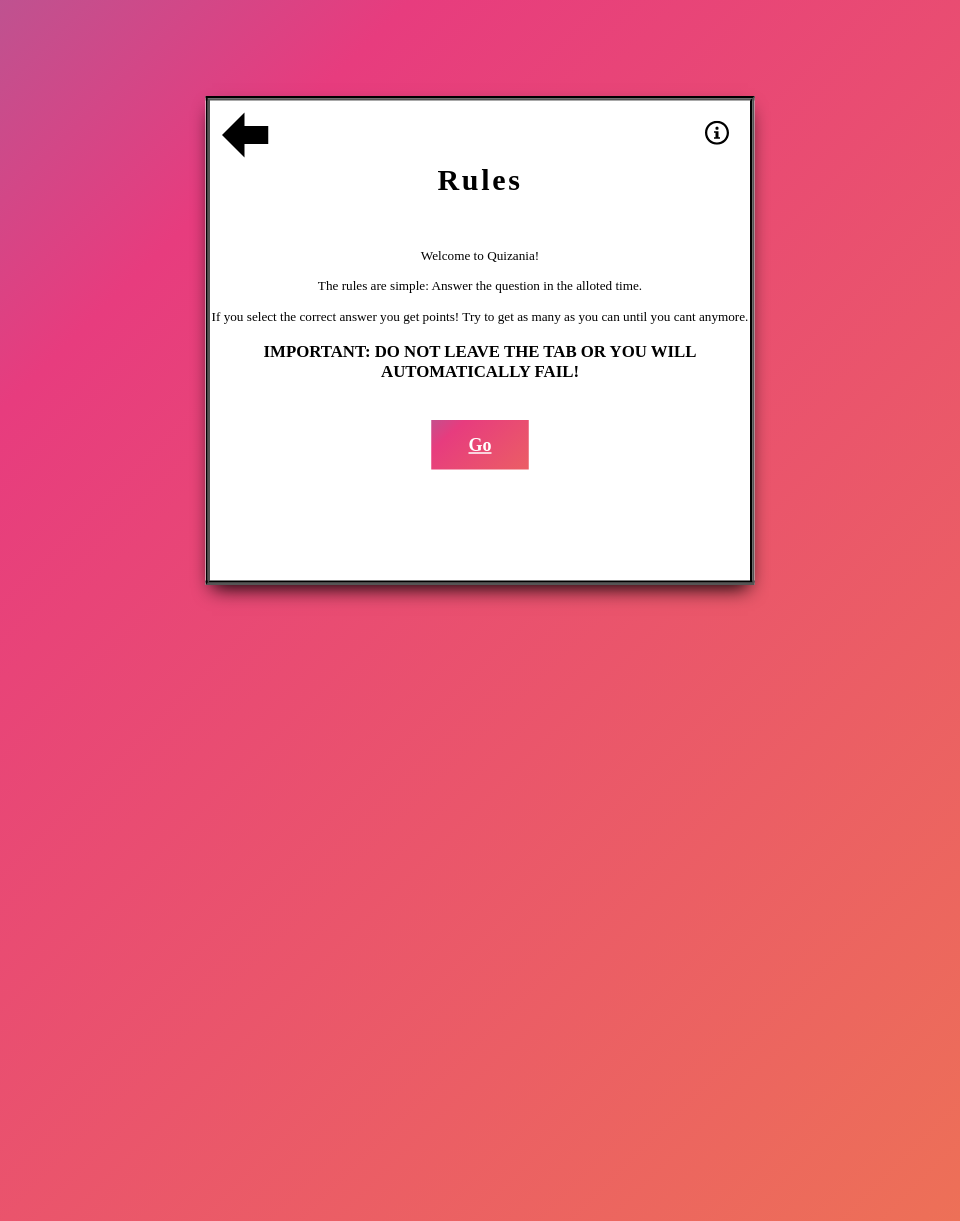
Repository: PatrickTheCodeGuy/QuizApp
Page: /newGame (app in quizapp/)
An editor plug-in stored every save of this project. The page is shown before and after the next save, followed by the edit.
The browser window is 1280 px wide. The pictures show the whole page, at 75% of full size.
The project was rebuilt for these pictures with package versions that can differ from the ones it lists, and the page was loaded fresh each time. A package was used in the major version that the imports need, not the one package.json lists. Also part of the build but not shown: quizapp/src/App.css, quizapp/src/components/Leaderboard/Leaderboard.css, quizapp/src/components/Leaderboard/Leaderboard.js, quizapp/src/components/StartMenu/StartMenu.js, quizapp/src/App.js.

Above is the page before, as saved 2021-07-08 20:41:01.

### quizapp/src/index.js
import React from 'react';
import ReactDOM from 'react-dom';
import './index.css';
import App from './App';
import GameInfo from './components/GameInfo/GameInfo';
import reportWebVitals from './reportWebVitals';
import {
  BrowserRouter as Router,
  Switch,
  Route,
  Link
} from "react-router-dom";

ReactDOM.render(
  <React.StrictMode>
    <Router>
          <Switch>
              <Route exact path="/" component={App}/>
              <Route path="/newGame" component={GameInfo}/>
          </Switch>
      </Router>
  </React.StrictMode>,
  document.getElementById('root')
);

// If you want to start measuring performance in your app, pass a function
// to log results (for example: reportWebVitals(console.log))
// or send to an analytics endpoint. Learn more: https://bit.ly/CRA-vitals
reportWebVitals();

### quizapp/src/index.css
body {
  margin: 0;
  font-family: -apple-system, BlinkMacSystemFont, 'Segoe UI', 'Roboto', 'Oxygen',
    'Ubuntu', 'Cantarell', 'Fira Sans', 'Droid Sans', 'Helvetica Neue',
    sans-serif;
  -webkit-font-smoothing: antialiased;
  -moz-osx-font-smoothing: grayscale;
  background: linear-gradient(-45deg, #ee7752, #e73c7e, #23a6d5, #23d5ab);
    background-size: 400% 400%;
    animation: gradient 15s ease infinite;
}

code {
  font-family: source-code-pro, Menlo, Monaco, Consolas, 'Courier New',
    monospace;
}
html, body, #app, #app>div {
  width: 100%;
  height:100%;
}

hr.rounded {
  border-top: 5px solid black;
    border-radius: 1px;
    width: 55%;
}

#root{
  display:flex;
}


@keyframes gradient {
    0% {
        background-position: 0% 50%;
    }
    50% {
        background-position: 100% 50%;
    }
    100% {
        background-position: 0% 50%;
    }
}

### quizapp/src/components/GameInfo/GameInfo.js
import React, { useState } from 'react';
import './GameInfo.css';
import {
	Link
} from 'react-router-dom';
import{ ImArrowLeft, ImInfo }from 'react-icons/im';
import Modal from 'react-modal';


function GameInfo() {
	// Fix for screen readers getting an error on modal mount
	Modal.setAppElement('#root');

	// Modal hook
	const [modalIsOpen, setModalIsOpen] = useState(false);
    return(
        <div className="gameInfo-container">
            <div className="gameInfo-header">
                <Link className="back-button" to="/">
																		<ImArrowLeft size={64} className="back-arrow"/>
																</Link>
																<button class="modal-button"onClick={() => setModalIsOpen(true)}>
																	<ImInfo size={32} className="info-icon"/>
																</button>
																<Modal onRequestClose={() => setModalIsOpen(false)} isOpen={modalIsOpen}>
																		<h1>Modal is Open</h1>
																</Modal>
            </div>
            <div className="gameInfo-body">
																<h5 class="rules-text">Rules</h5>
            </div>
												<div>
														<p class="regular-text info">Welcome to Quizania!</p>
														<p class="regular-text info">The rules are simple: Answer the question in the alloted time.</p>
														<p class="regular-text info">If you select the correct answer you get points! Try to get as many as you can until you cant anymore.</p>
													<p class="regular-text warning">IMPORTANT: DO NOT LEAVE THE TAB OR YOU WILL AUTOMATICALLY FAIL!</p>
													<Link to='/newGame' class="button-start">Go</Link>
												</div>

												</div>
    )
}

export default GameInfo;

### quizapp/src/components/GameInfo/GameInfo.css
.gameInfo-container{
    border: 6px groove black;
    text-align: center;
    background-color: white;
    box-shadow: 0px 12px 25px -8px #000000;
    width: 45em;
    height: 40em;
    margin: 10% auto;
}

.back-button {
    margin-left: 2%;
    margin-top: 2%;
    color: rgb(0, 0, 0);
}

.back-button:hover {
    color: rgba(26, 26, 26, 0.749);
    transform: translateY(2px);
}

.modal-button{
    border: none;
    width: 45px;
    height: 45px;
    margin-right: 3%;
    margin-top: 3%;
    background:white;
    color: black;
}

.rules-text{
    font-family: 'Press Start 2P', cursive;
    font-size: 2.5em;
    letter-spacing: 0.09em;
    margin-top: 0%;
}

.info {
    font-family: 'Press Start 2P', cursive;
    font-size: 1.1em;
    font-weight: 200;
    margin: 20px auto;
}

.warning {
    font-weight: bolder;
    font-family: 'Press Start 2P', cursive;
}



.modal-button:hover {
    color: rgba(40, 40, 40, 0.811);
    transform: translateY(2px);
}

.gameInfo-header{
    display: flex;
    justify-content: space-between;
}

### quizapp/src/components/StartMenu/StartMenu.css
.menu-text{
    font-family: 'Pacifico', cursive;
    font-size: 8em;
    letter-spacing: 0.09em;
    margin-top: 0%;
}

.regular-text{
    font-family:Roboto-Regular;
    font-weight:900;
    font-size: 1.4em;
    margin-bottom: 10%;
}

.button-start{
    padding: 20px 50px;
    font-family: 'Press Start 2P', cursive;
    height: 12%;
    background: linear-gradient(-42deg, #ee7752, #e73c7e, #23a6d5, #23d5ab);
    background-size: 400% 400%;
    animation: gradient 13s ease infinite;
    margin-top: 5%;
    color: white;
    border: none;
    font-size: x-large;
    font-weight: 600;
    transition: background-color 0.1s ease;
}

.button-start:hover{
    background: linear-gradient(-42deg, #a45137, #91254e, #15607b, #158268);
    background-size: 400% 400%;
    animation: gradient 13s ease infinite;
    color: black;
}

.button-start:active {
    border: 2px solid rgba(0, 0, 0, 0.564);
    background: white;
    color: rgb(43, 43, 43);
    transform: translateY(4px);
}

.menu-container{
    border: 6px groove black;
    text-align: center;
    background-color: white;
    box-shadow: 0px 12px 25px -8px #000000;
    width: 45em;
    height: 33em;
    margin: 20% 15%;
}

Loaded but not shown: quizapp/src/reportWebVitals.js (common file)

After the next save:
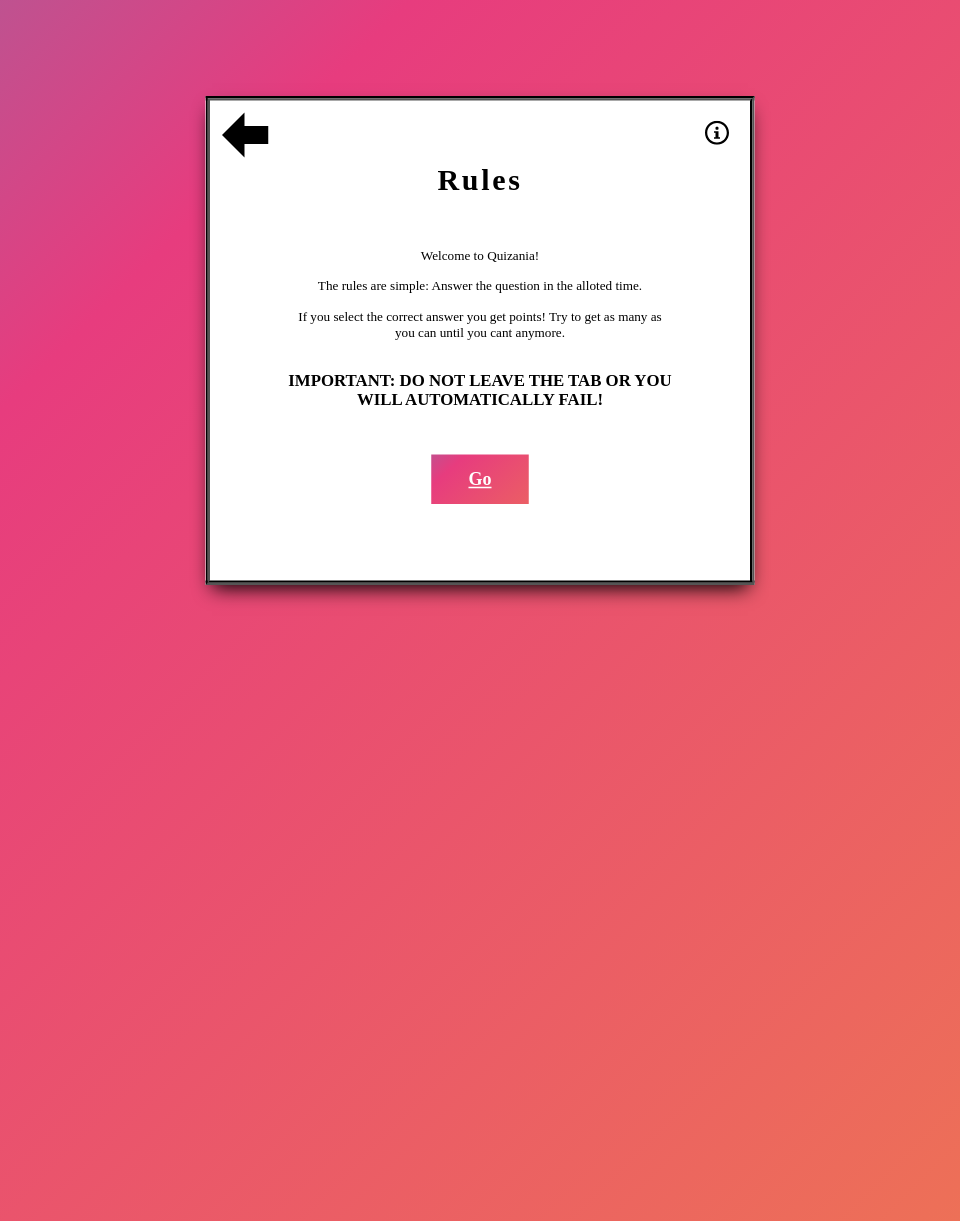
Saved 113 s later.
--- a/quizapp/src/components/GameInfo/GameInfo.css
+++ b/quizapp/src/components/GameInfo/GameInfo.css
@@ -41,9 +41,12 @@
     font-size: 1.1em;
     font-weight: 200;
     margin: 20px auto;
+    width: 70%;
 }
 
 .warning {
+    width: 80%;
+    margin: 40px auto 80px;
     font-weight: bolder;
     font-family: 'Press Start 2P', cursive;
 }
